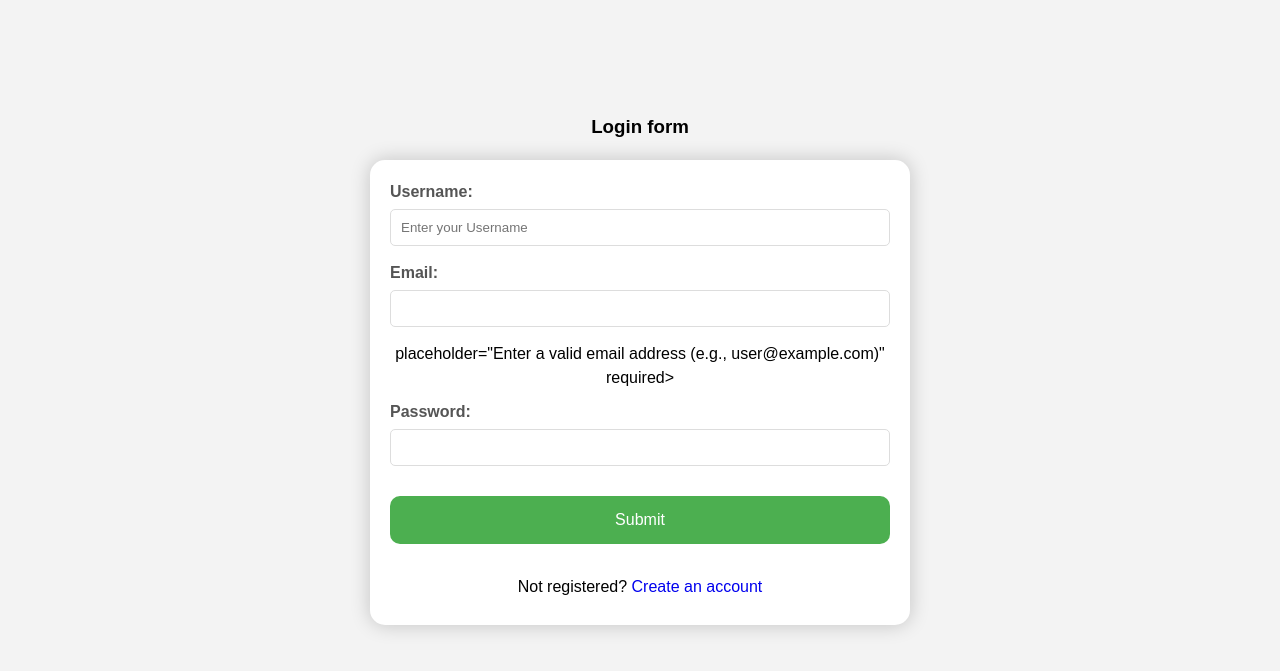
Repository: alizey12/Regestratin-Form-js
Page: signin.html
These files come from the project's save history. The page is drawn as it stood at one moment and after a run of saves; the edit follows.
The browser window is 1280 px wide. The pictures show the whole page.

Above is the page before, as saved 2024-11-29 19:34:45.

After the next 8 saves:
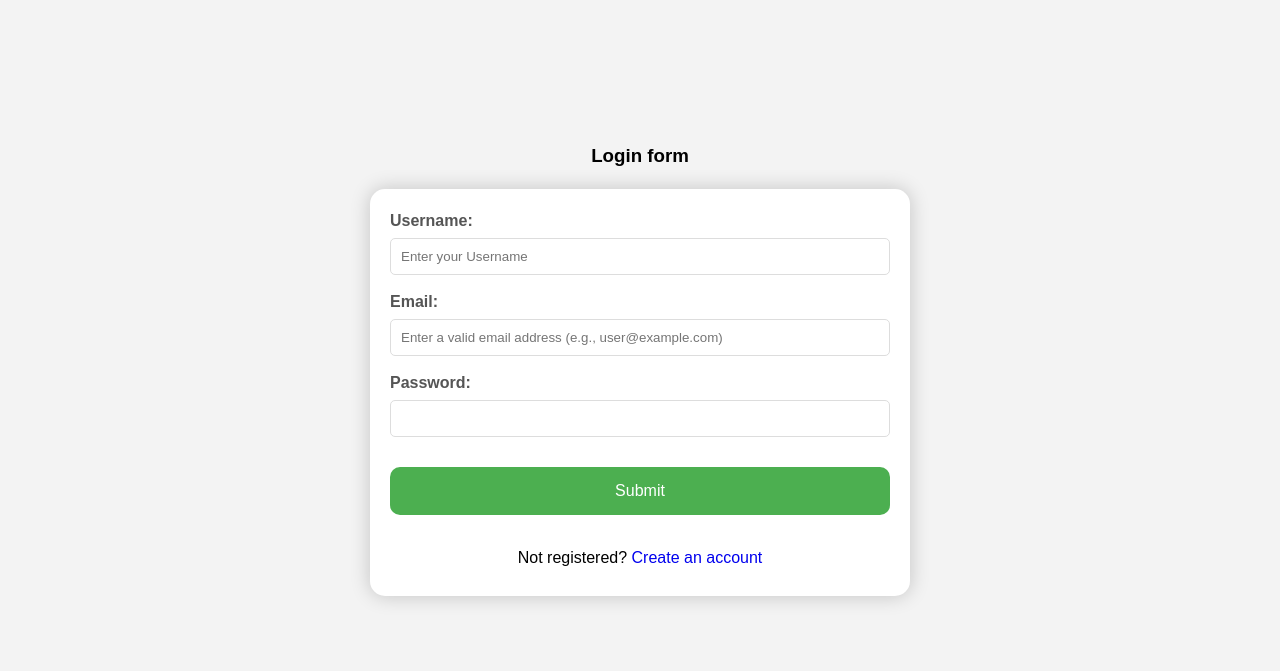
The 8 saves are shown as one change because they came seconds apart.
The last was saved 25 s later.
--- a/signin.html
+++ b/signin.html
@@ -22,7 +22,7 @@
                 Email:
             </label>
             <input type="email" id="email" name="email"
-            <!-- pattern="^[a-zA-Z0-9._%+-]+@[a-zA-Z0-9.-]+\.[a-zA-Z]{2,}$" -->
+            /* pattern="^[a-zA-Z0-9._%+-]+@[a-zA-Z0-9.-]+\.[a-zA-Z]{2,}$" */
              placeholder="Enter a valid email address (e.g., user@example.com)"
             required>
 
